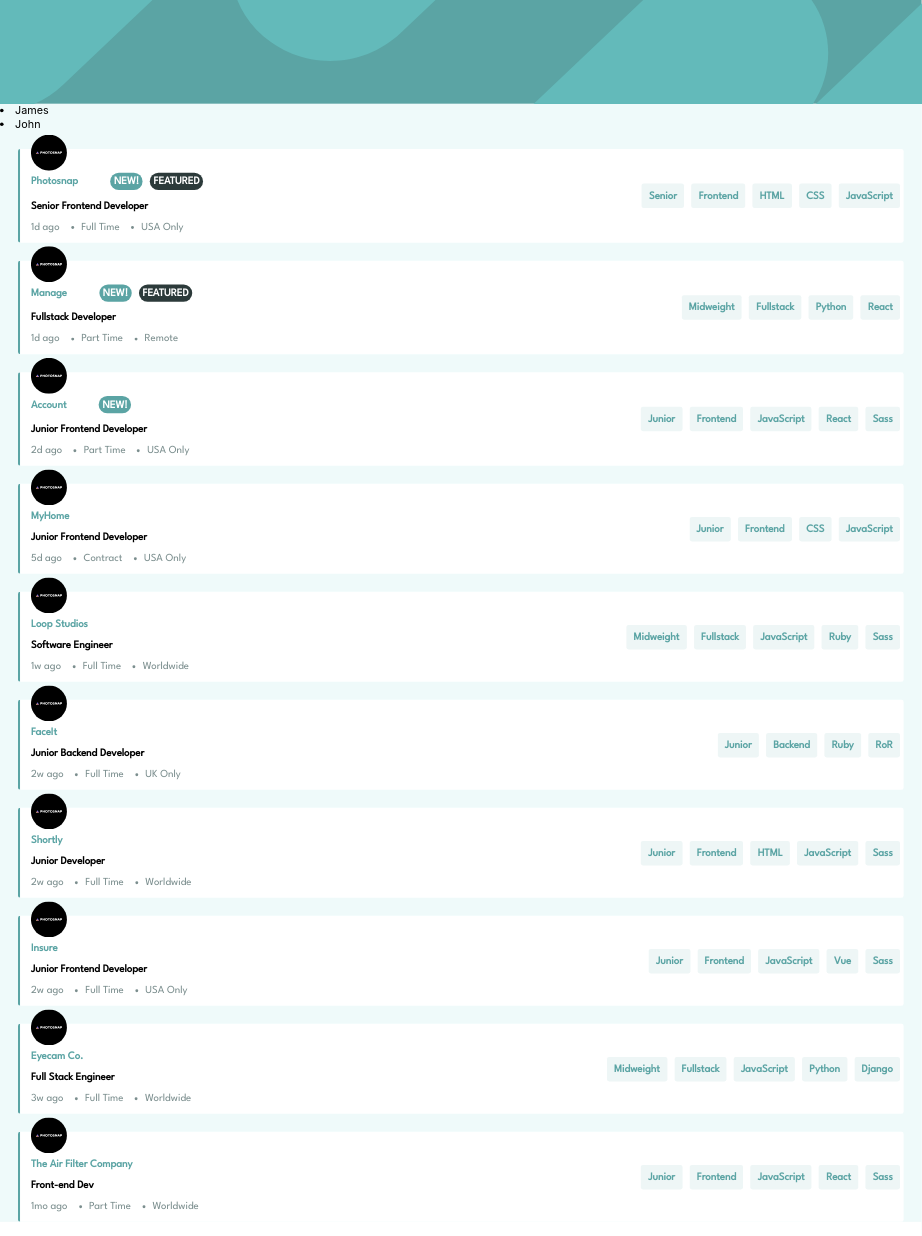
Repository: DevLaukey/job-listing
Page: /
An editor plug-in stored every save of this project. The page is shown before and after the next save, followed by the edit.
The browser window is 1280 px wide. The pictures show the whole page, at 72% of full size.
Some web fonts or font styles are not loaded; a fallback is used. The project was rebuilt for these pictures with package versions that can differ from the ones it lists, and the page was loaded fresh each time.

Above is the page before, as saved 2022-06-03 01:31:48.

After the next save:
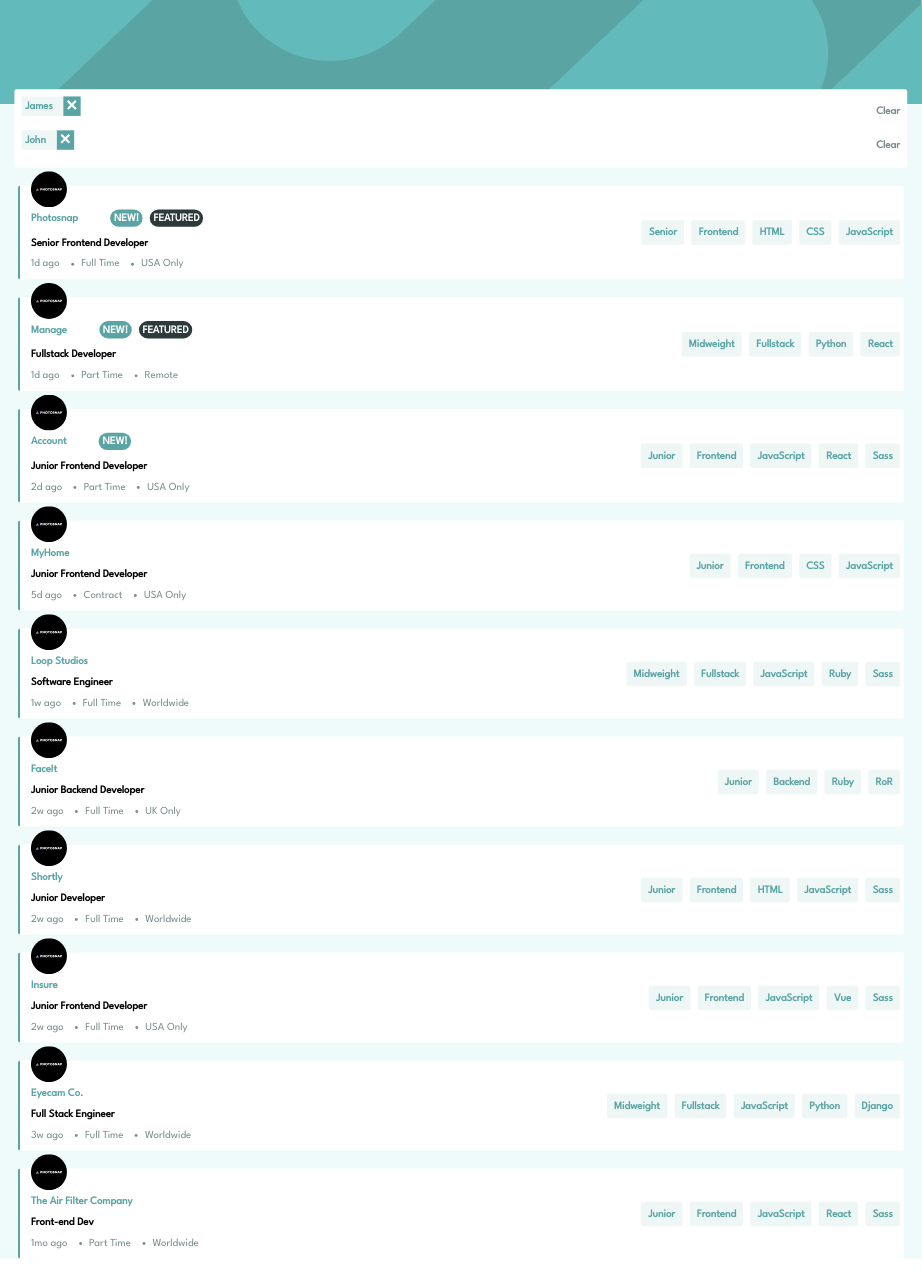
Saved 10 s later.
--- a/src/components/Filter.js
+++ b/src/components/Filter.js
@@ -26,7 +26,20 @@ function Filter() {
     ];
 const filtered = people
   .filter( name => name.name.includes("J"))
-  .map((filteredPerson) => <li>{filteredPerson.name}</li>);
+    .map((filteredPerson) =>
+    <div className="tablet filter">
+      <div className="option">
+        <p className="front-end">{filteredPerson.name}</p>
+        <div className="icon">
+          <img src={icon} alt="" />
+        </div>
+      </div>
+
+      <div className="clear">
+        <p>Clear</p>
+      </div>
+    </div>
+    );
     return (
         <>
             { filtered}</>
@@ -34,15 +47,3 @@ const filtered = people
 }
 
 export default Filter
-    // <div className="tablet filter">
-    //   <div className="option">
-    //     <p className="front-end">Frontend</p>
-    //     <div className="icon">
-    //       <img src={icon} alt="" />
-    //     </div>
-    //   </div>
-
-    //   <div className="clear">
-    //     <p>Clear</p>
-    //   </div>
-    // </div>
